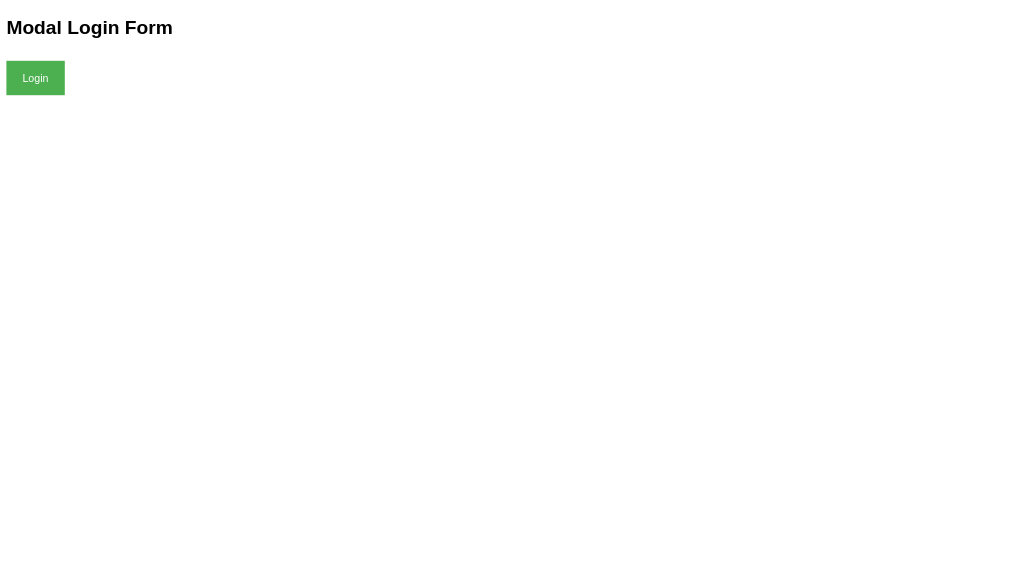
Repository: Ajaykrishna4774/springExamples
Page: deva/WebContent/NewFile.html
The author's editor kept a copy of each file at every save. The page is drawn from the files as they stood at one save, then again after the next save.
The browser window is 1280 px wide. The pictures show the whole page, at 80% of full size.

Above is the page before, as saved 2020-01-18 11:05:24.

### deva/WebContent/NewFile.html
<!DOCTYPE html>
<html>
<head>
<meta charset="ISO-8859-1">
<title>Insert title here</title>
</head>
<body>


<!DOCTYPE html>
<html>
<head>
<meta name="viewport" content="width=device-width, initial-scale=1">
<style>
body {font-family: Arial, Helvetica, sans-serif;}

/* Full-width input fields */
input[type=text], input[type=password] {
  width: 100%;
  padding: 12px 20px;
  margin: 8px 0;
  display: inline-block;
  border: 1px solid #ccc;
  box-sizing: border-box;
}

/* Set a style for all buttons */
button {
  background-color: #4CAF50;
  color: white;
  padding: 14px 20px;
  margin: 8px 0;
  border: none;
  cursor: pointer;
  width: 100%;
}

button:hover {
  opacity: 0.8;
}

/* Extra styles for the cancel button */
.cancelbtn {
  width: auto;
  padding: 10px 18px;
  background-color: #f44336;
}

/* Center the image and position the close button */
.imgcontainer {
  text-align: center;
  margin: 24px 0 12px 0;
  position: relative;
}

img.avatar {
  width: 40%;
  border-radius: 50%;
}

.container {
  padding: 16px;
}

span.psw {
  float: right;
  padding-top: 16px;
}

/* The Modal (background) */
.modal {
  display: none; /* Hidden by default */
  position: fixed; /* Stay in place */
  z-index: 1; /* Sit on top */
  left: 0;
  top: 0;
  width: 100%; /* Full width */
  height: 100%; /* Full height */
  overflow: auto; /* Enable scroll if needed */
  background-color: rgb(0,0,0); /* Fallback color */
  background-color: rgba(0,0,0,0.4); /* Black w/ opacity */
  padding-top: 60px;
}

/* Modal Content/Box */
.modal-content {
  background-color: #fefefe;
  margin: 5% auto 15% auto; /* 5% from the top, 15% from the bottom and centered */
  border: 1px solid #888;
  width: 80%; /* Could be more or less, depending on screen size */
}

/* The Close Button (x) */
.close {
  position: absolute;
  right: 25px;
  top: 0;
  color: #000;
  font-size: 35px;
  font-weight: bold;
}

.close:hover,
.close:focus {
  color: red;
  cursor: pointer;
}

/* Add Zoom Animation */
.animate {
  -webkit-animation: animatezoom 0.6s;
  animation: animatezoom 0.6s
}

@-webkit-keyframes animatezoom {
  from {-webkit-transform: scale(0)}
  to {-webkit-transform: scale(1)}
}

@keyframes animatezoom {
  from {transform: scale(0)}
  to {transform: scale(1)}
}

/* Change styles for span and cancel button on extra small screens */
@media screen and (max-width: 300px) {
  span.psw {
     display: block;
     float: none;
  }
  .cancelbtn {
     width: 100%;
  }
}
</style>
</head>
<body>

<h2>Modal Login Form</h2>

<button onclick="document.getElementById('id01').style.display='block'" style="width:auto;">Login</button>

<div id="id01" class="modal">

  <form class="modal-content animate" action="/action_page.php" method="post">
    <div class="imgcontainer">
      <span onclick="document.getElementById('id01').style.display='none'" class="close" title="Close Modal">&times;</span>
      <img src="img_avatar2.png" alt="Avatar" class="avatar">
    </div>

    <div class="container">
      <label for="uname"><b>Username</b></label>
      <input type="text" placeholder="Enter Username" name="uname" required>

      <label for="psw"><b>Password</b></label>
      <input type="password" placeholder="Enter Password" name="psw" required>

      <button type="submit">Login</button>
      <label>
        <input type="checkbox" checked="checked" name="remember"> Remember me
      </label>
    </div>

    <div class="container" style="background-color:#f1f1f1">
      <button type="button" onclick="document.getElementById('id01').style.display='none'" class="cancelbtn">Cancel</button>
      <span class="psw">Forgot <a href="#">password?</a></span>
    </div>
  </form>
</div>

<script>
// Get the modal
var modal = document.getElementById('id01');

// When the user clicks anywhere outside of the modal, close it
window.onclick = function(event) {
    if (event.target == modal) {
        modal.style.display = "none";
    }
}
</script>


</body>
</html>

After the next save:
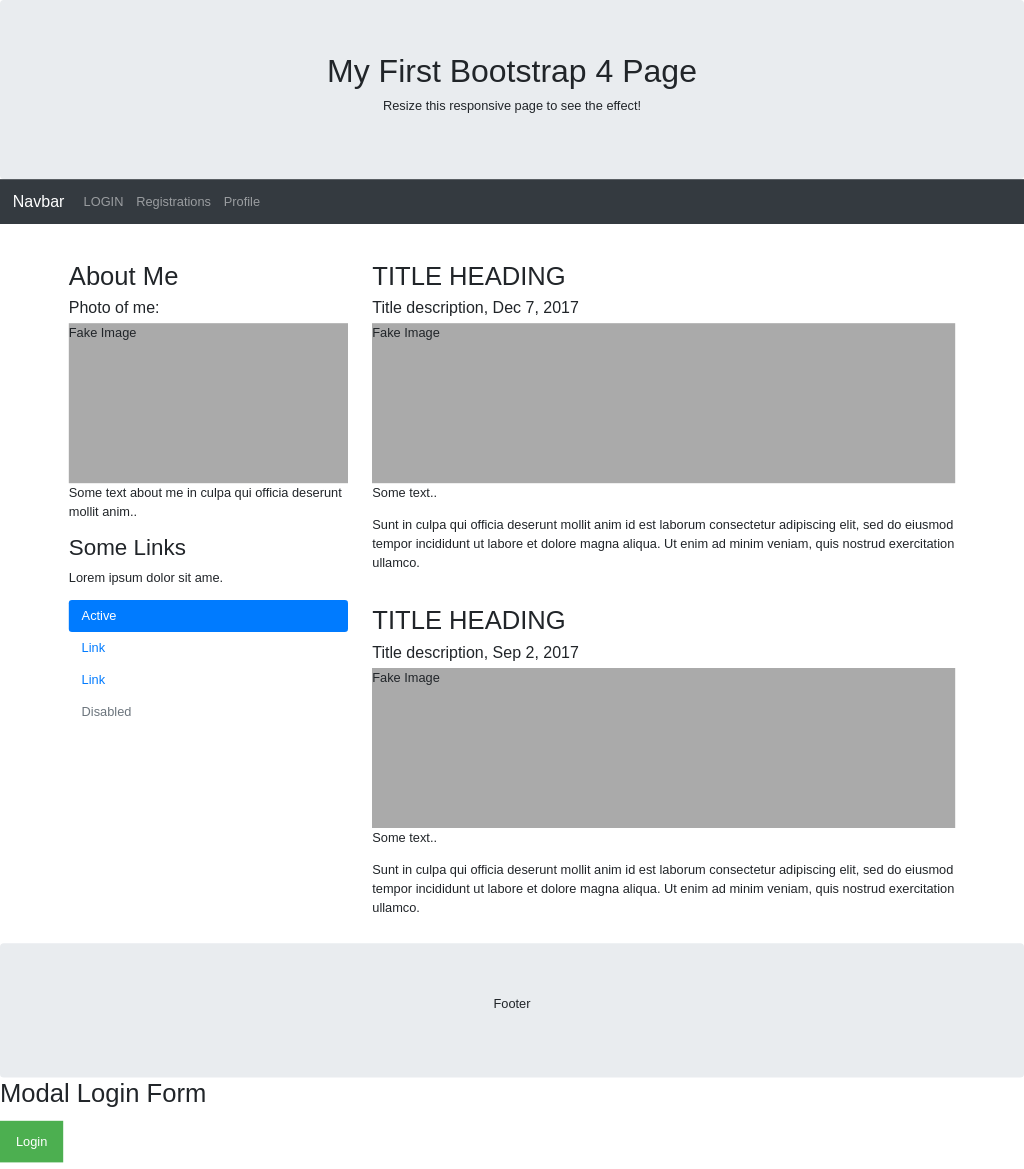
Saved 16 min 25 s later.
--- a/deva/WebContent/NewFile.html
+++ b/deva/WebContent/NewFile.html
@@ -1,3 +1,103 @@
+
+
+<!DOCTYPE html>
+<html lang="en">
+<head>
+  <title>Bootstrap 4 Website Example</title>
+  <meta charset="utf-8">
+  <meta name="viewport" content="width=device-width, initial-scale=1">
+  <link rel="stylesheet" href="https://maxcdn.bootstrapcdn.com/bootstrap/4.4.1/css/bootstrap.min.css">
+  <script src="https://ajax.googleapis.com/ajax/libs/jquery/3.4.1/jquery.min.js"></script>
+  <script src="https://cdnjs.cloudflare.com/ajax/libs/popper.js/1.16.0/umd/popper.min.js"></script>
+  <script src="https://maxcdn.bootstrapcdn.com/bootstrap/4.4.1/js/bootstrap.min.js"></script>
+  <style>
+  .fakeimg {
+    height: 200px;
+    background: #aaa;
+  }
+  </style>
+</head>
+<body>
+
+<div class="jumbotron text-center" style="margin-bottom:0">
+  <h1>My First Bootstrap 4 Page</h1>
+  <p>Resize this responsive page to see the effect!</p>
+</div>
+
+<nav class="navbar navbar-expand-sm bg-dark navbar-dark">
+  <a class="navbar-brand" href="#">Navbar</a>
+  <button class="navbar-toggler" type="button" data-toggle="collapse" data-target="#collapsibleNavbar">
+    <span class="navbar-toggler-icon"></span>
+  </button>
+  <div class="collapse navbar-collapse" id="collapsibleNavbar">
+    <ul class="navbar-nav">
+      <li class="nav-item">
+        <a class="nav-link disable" href="NewFile.html">LOGIN</a>
+      </li>
+      <li class="nav-item">
+        <a class="nav-link" href="Registration.html">Registrations</a>
+      </li>
+      <li class="nav-item">
+        <a class="nav-link" href="profile.html">Profile</a>
+      </li>
+    </ul>
+  </div>
+</nav>
+
+<div class="container" style="margin-top:30px">
+  <div class="row">
+    <div class="col-sm-4">
+      <h2>About Me</h2>
+      <h5>Photo of me:</h5>
+      <div class="fakeimg">Fake Image</div>
+      <p>Some text about me in culpa qui officia deserunt mollit anim..</p>
+      <h3>Some Links</h3>
+      <p>Lorem ipsum dolor sit ame.</p>
+      <ul class="nav nav-pills flex-column">
+        <li class="nav-item">
+          <a class="nav-link active" href="#">Active</a>
+        </li>
+        <li class="nav-item">
+          <a class="nav-link" href="#">Link</a>
+        </li>
+        <li class="nav-item">
+          <a class="nav-link" href="#">Link</a>
+        </li>
+        <li class="nav-item">
+          <a class="nav-link disabled" href="#">Disabled</a>
+        </li>
+      </ul>
+      <hr class="d-sm-none">
+    </div>
+    <div class="col-sm-8">
+      <h2>TITLE HEADING</h2>
+      <h5>Title description, Dec 7, 2017</h5>
+      <div class="fakeimg">Fake Image</div>
+      <p>Some text..</p>
+      <p>Sunt in culpa qui officia deserunt mollit anim id est laborum consectetur adipiscing elit, sed do eiusmod tempor incididunt ut labore et dolore magna aliqua. Ut enim ad minim veniam, quis nostrud exercitation ullamco.</p>
+      <br>
+      <h2>TITLE HEADING</h2>
+      <h5>Title description, Sep 2, 2017</h5>
+      <div class="fakeimg">Fake Image</div>
+      <p>Some text..</p>
+      <p>Sunt in culpa qui officia deserunt mollit anim id est laborum consectetur adipiscing elit, sed do eiusmod tempor incididunt ut labore et dolore magna aliqua. Ut enim ad minim veniam, quis nostrud exercitation ullamco.</p>
+    </div>
+  </div>
+</div>
+
+<div class="jumbotron text-center" style="margin-bottom:0">
+  <p>Footer</p>
+</div>
+
+</body>
+</html>
+
+
+
+
+
+
+
 <!DOCTYPE html>
 <html>
 <head>
